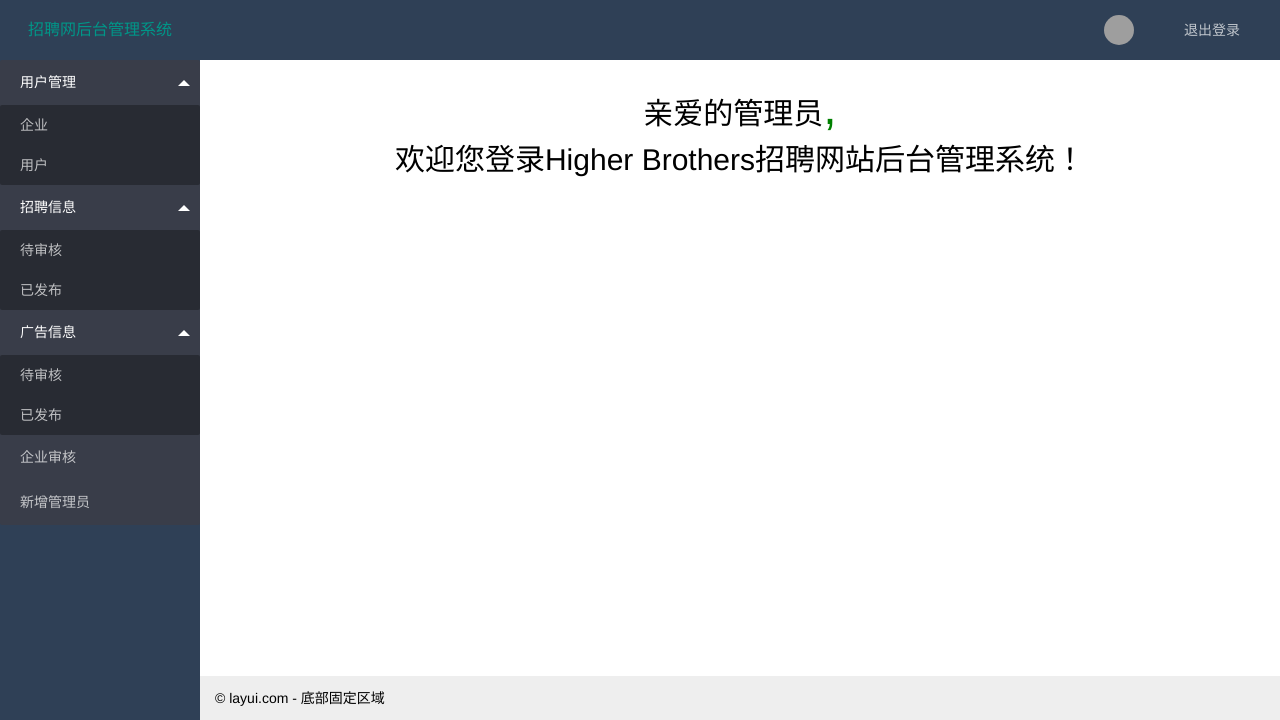
Repository: LongJinhe-coder/java-web-
Page: http://localhost/projectDemo7.30/adminhome.jsp
An editor plug-in stored every save of this project. The page is shown before and after the next save, followed by the edit.
The browser window is 1280 px wide. The pictures show the whole page.
Pictures or frames that could not be fetched are drawn as grey boxes. The page is served by Tomcat 9. Other server files are loaded and not shown.

Above is the page before, as saved 2020-07-30 01:38:51.

### MyEclipse CI/projectDemo7.30/WebRoot/adminhome.jsp
<%@ page language="java" import="java.util.*" pageEncoding="UTF-8"%>
<%@ page import="com.etc.entity.*" %>
<%
String path = request.getContextPath();
String basePath = request.getScheme()+"://"+request.getServerName()+":"+request.getServerPort()+path+"/";
%>

<!DOCTYPE html HTML PUBLIC "-//W3C//DTD HTML 4.01 Transitional//EN">
<html>
<head>
  <meta charset="utf-8">
  <meta name="viewport" content="width=device-width, initial-scale=1, maximum-scale=1">
  <title>招聘网后台管理</title>
  <link rel="stylesheet" href="layui/css/layui.css">
</head>


<body class="layui-layout-body">
<%
	String loadPageUrl = "index.jsp";
	String adminName = (String)request.getAttribute("adminname");
  if(session.getAttribute("url")!=null){
  loadPageUrl = (String)session.getAttribute("url");
  }
  //if(loadPageUrl.equals("jobSeekers.jsp")){//根据loadPageUrl不同给不同界面传递不同的list
  // List<User> list = (List<User>)request.getAttribute("userlist");
  //}
	PageData pagedata = (PageData)request.getAttribute("pagedata");
  	System.out.println("adminhome-pagedata="+pagedata);
  	String adminname = (String)session.getAttribute("adminname");
 %>
<div class="layui-layout layui-layout-admin">
  <div class="layui-header layui-bg-cyan">
    <div class="layui-logo">招聘网后台管理系统</div>
    <!-- 头部区域（可配合layui已有的水平导航） -->

    <ul class="layui-nav layui-layout-right ">
      <li class="layui-nav-item layui-bg-cyan">
        <a href="javascript:;">
          <img src="http://t.cn/RCzsdCq" class="layui-nav-img">
           ${adminname}
        </a>
      </li>
      <li class="layui-nav-item"><a href="login.jsp">退出登录</a></li>
    </ul>
  </div>

  <div class="layui-side  layui-bg-cyan">
    <div class="layui-side-scroll">
      <!-- 左侧导航区域（可配合layui已有的垂直导航） -->
      <ul class="layui-nav layui-nav-tree"  lay-filter="test">
        <li class="layui-nav-item layui-nav-itemed">
          <a class="" href="javascript:">用户管理</a>
          <dl class="layui-nav-child">
            <dd><a href="javascript:getFirm('firmAccount.jsp');">企业</a></dd>
            <dd><a href="javascript:getUser('userAccount.jsp');">用户</a></dd>
          </dl>
        </li>
        <li class="layui-nav-item layui-nav-itemed">
          <a href="javascript:">招聘信息</a>
          <dl class="layui-nav-child">
            <dd><a href="javascript:checkRecruitment('checkRecruitment.jsp','未审核');">待审核</a></dd>
            <dd><a href="javascript:checkRecruitment('publishedRecruitment.jsp','已发布');">已发布</a></dd>
          </dl>
        </li>
        <li class="layui-nav-item layui-nav-itemed">
          <a href="javascript:;">广告信息</a>
          <dl class="layui-nav-child">
            <dd><a href="javascript:changeUrl('displayFirmResume.jsp');">待审核</a></dd>
            <dd><a href="javascript:;">已发布</a></dd>
          </dl>
        </li>
        <li class="layui-nav-item"><a href="javascript:getFirm('checkFirmRegister.jsp');">企业审核</a></li>
        <li class="layui-nav-item"><a href="javascript:changeUrl('addAdmin.jsp')">新增管理员</a></li>
      </ul>

    </div>
  </div>

  <div class="layui-body">
    <!-- 内容主体区域 -->
 <div style="margin-top: 20px">
 <jsp:include page="<%=loadPageUrl %>" flush="true">
 <jsp:param value="${pagedata}" name="pagedata"/>
 <jsp:param value="${adminname}" name="adminname"/>
 </jsp:include>
 </div>

  </div>

  <div class="layui-footer">
    <!-- 底部固定区域 -->
    © layui.com - 底部固定区域
  </div>
</div>
<script src="layui/layui.js"></script>
<script type="text/javascript">
//JavaScript代码区域
layui.use('element', function(){
  var element = layui.element;

});

function changeUrl(name){

console.log("name=",name);
	location.href="ChangeUrlServlet?url="+name+"";

}
function getUser(url){
	location.href="UserServlet?option=queryByPage&url="+url+"";
}

function getFirm(url){
	location.href="FirmServlet?option=queryByPage&url="+url+"";
}

function checkRecruitment(url,checkStatus){
	location.href="RecruitmentInfo?option=queryByPageAdmin&url="+url+"&checkStatus="+checkStatus+"";
}

</script>
</body>
</html>

### MyEclipse CI/projectDemo7.30/WebRoot/index.jsp
<%@ page language="java" import="java.util.*" pageEncoding="UTF-8"%>
<%
String path = request.getContextPath();
String basePath = request.getScheme()+"://"+request.getServerName()+":"+request.getServerPort()+path+"/";
%>

<!DOCTYPE HTML PUBLIC "-//W3C//DTD HTML 4.01 Transitional//EN">
<html>
  <head>
  <meta charset="utf-8">
  <title>Layui</title>
  <meta name="renderer" content="webkit">
  <meta http-equiv="X-UA-Compatible" content="IE=edge,chrome=1">
  <meta name="viewport" content="width=device-width, initial-scale=1, maximum-scale=1">
  <link rel="stylesheet" href="layui/css/layui.css"  media="all">
  <!-- 注意：如果你直接复制所有代码到本地，上述css路径需要改成你本地的 -->
</head>

  <body>

  <center><div style="font-size: 30px;">亲爱的管理员<font size="30px" color="green">${adminname},</font></br>欢迎您登录Higher Brothers招聘网站后台管理系统！</div></center>
  </body>

</html>

Loaded but not shown: MyEclipse CI/projectDemo7.30/WebRoot/layui/css/layui.css (library); MyEclipse CI/projectDemo7.30/WebRoot/layui/layui.js (library); MyEclipse CI/projectDemo7.30/WebRoot/layui/lay/modules/element.js (library); MyEclipse CI/projectDemo7.30/WebRoot/layui/lay/modules/jquery.js (library)

After the next save:
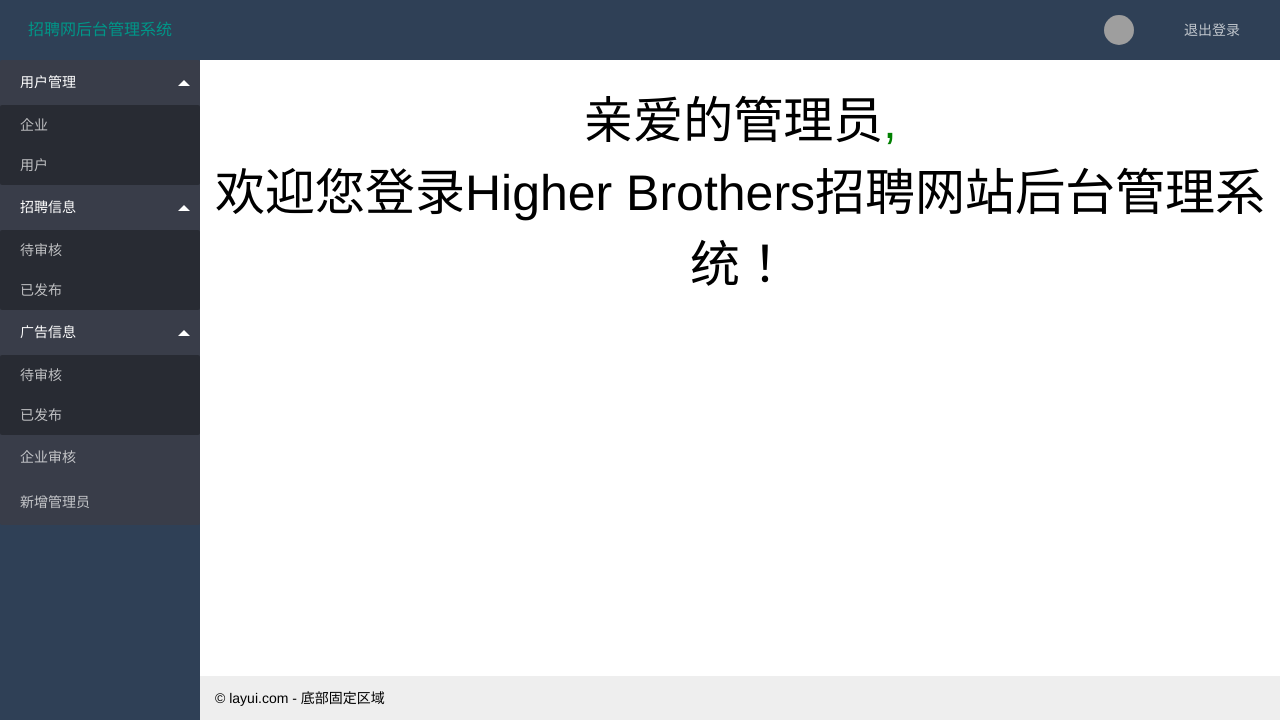
Saved 27 s later.
--- a/MyEclipse CI/projectDemo7.30/WebRoot/index.jsp
+++ b/MyEclipse CI/projectDemo7.30/WebRoot/index.jsp
@@ -18,7 +18,7 @@ String basePath = request.getScheme()+"://"+request.getServerName()+":"+request.
 
   <body>
 
-  <center><div style="font-size: 30px;">亲爱的管理员<font size="30px" color="green">${adminname},</font></br>欢迎您登录Higher Brothers招聘网站后台管理系统！</div></center>
+  <center><div style="font-size: 50px;">亲爱的管理员<font size="30px" color="green">${adminname},</font></br>欢迎您登录Higher Brothers招聘网站后台管理系统！</div></center>
   </body>
 
 </html>
